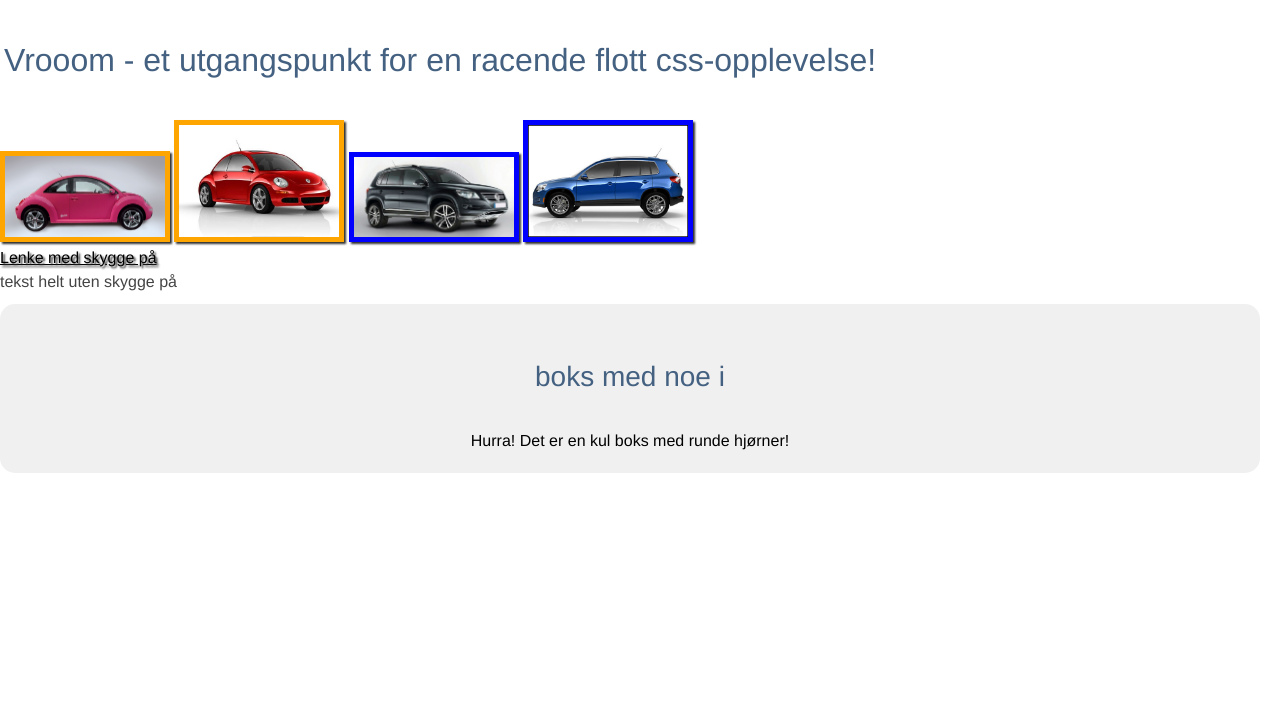
Repository: mesan/css-kurs
Page: kode/wroom/index.html
An editor plug-in stored every save of this project. The page is shown before and after the next save, followed by the edit.
The browser window is 1280 px wide. The pictures show the whole page.

Above is the page before, as saved 2013-01-21 21:34:48.

### kode/wroom/index.html
<!DOCTYPE html>
<html lang="en">
	<head>
		<meta charset="utf-8" />
		<link rel="stylesheet" type="text/css" href="styles/reset.css"/>
		<link rel="stylesheet" type="text/css" href="styles/examples.css"/>

		<!-- Always force latest IE rendering engine (even in intranet) & Chrome Frame
		Remove this if you use the .htaccess -->
		<meta http-equiv="X-UA-Compatible" content="IE=edge,chrome=1" />

		<title>Vrooom!</title>
		<meta name="description" content="" />
		<meta name="viewport" content="width=device-width; initial-scale=1.0" />

	</head>

	<body>
		<div>
			<header>
				<h1>Vrooom - et utgangspunkt for en racende flott css-opplevelse!</h1>
			</header>

			<div>
				<!--fjernes-->
				<img src="images/volkswagen-beetle-pink.jpg" />
				<img src="images/volkswagen-beetle-red.jpg" />
				<img src="images/volkswagen-tiguan-nero.jpg" />
				<img src="images/volkswagen-tiguan.jpg" />
				<br />
				<p>
					<a href="#">Lenke med skygge på</a>
				</p>
				<p>tekst helt uten skygge på</p>
			</div>

			<div class="container">
				<h2>boks med noe i</h2>
				<p>
					Hurra! Det er en kul boks med runde hjørner!
				</p>
			</div>
			<footer>
				<p>

				</p>
			</footer>
		</div>
	</body>
</html>

### kode/wroom/styles/reset.css
@charset "utf-8";
/* --------------------------------------------------------------
-----------------------------------------------------------------

	DEFINITIONS: HTML5 DOCTOR
	AUTHOR:      HTML5 DOCTOR
	VERSION:     2012-02-20

/*  RESET
-----------------------------------------------------------------------------------------------
===============================================================================================*/
/* http://meyerweb.com/eric/tools/css/reset/ */
html,body,div,span,applet,object,iframe,h1,h2,h3,h4,h5,h6,p,blockquote,pre,a,abbr,acronym,address,big,cite,code,del,dfn,em,img,ins,kbd,q,s,samp,small,strike,strong,sub,sup,tt,var,b,u,i,center,dl,dt,dd,ol,ul,li,fieldset,form,label,legend,table,caption,tbody,tfoot,thead,tr,th,td,article,aside,canvas,details,figcaption,figure,footer,header,hgroup,menu,nav,section,summary,time,mark,audio,video{
  margin:0;
  padding:0;
  border:0;
  outline:0;
  font-size:100%;
  font:inherit;
  vertical-align:baseline;
}
/* HTML5 display-role reset for older browsers */
article,aside,details,figcaption,figure,footer,header,hgroup,menu,nav,section{
  display:block;
}
nav ul{
  list-style:none;
}
table{
  border-collapse:collapse;
  border-spacing:0;
}

### kode/wroom/styles/examples.css

html{
    margin-bottom: 1px;
    min-height: 100%;
}
body {
    background: #FFFFFF;
    color: #444;
    font-family: Helvetica, Arial, sans-serif;
    font-size: 62.5%;
    font-size: 16px;
}

/****************
 * Nesting and grouping
 ****************/

/* Grouping - flere selektorer, samme stil. Litt mindre kode */
h1, h2, h3{
    color: #446181;
    line-height: 2.500em;
    margin: 0.625em 0.125em;
}

h1{ font-size: 2.000em; }
h2{ font-size: 1.750em; }
h3{ font-size: 1.500em; }


p{
    font-size: 1em;
    line-height: 1.5;
}
.container{
    background: #F0F0F0;
    padding: 1.250em;
    margin-top: 0.625em;
    margin-right: 1.250em;
    text-align: center;
    border-radius: 0.938em;
    -moz-border-radius: 0.938em;
    -webkit-border-radius: 0.938em;
}

/* Nesting - spesifisering av stil - selector inni selector */
.container p{
    color:#000000;
}

/***************
 * CSS3-selectors
 ***************/

/*Velger alle img-elementer på siden hvis src-atributt starter med "images"*/
img[src^="images"]{
	border: 5px solid orange;
}

/*Velger alle img-elementer på siden hvis src-atributt inneholder "tiguan"*/
img[src*="tiguan"]{
    border: 5px solid blue;
}

/*Velger alle img-elementer på siden hvis src-atributt slutter på ".jpg" */
img[src$=".jpg"]{
    width: 10em;

    box-shadow: 2px 2px 2px #2F2F2F;
}

/*Velger alle a-elementer på siden hvis href-atributt inneholder  "#" */
/* text-shadow med verdiene i rekkefølgen:
 ** horisontal plassering (kan også være negativ eller 0)
 ** vertikal plassering (kan også være negativ eller 0)
 ** blur (valgfri)
 ** farge */
a[href*="#"]{
    color: black;
    text-shadow: 2px 2px 2px #2F2F2F;
}

After the next save:
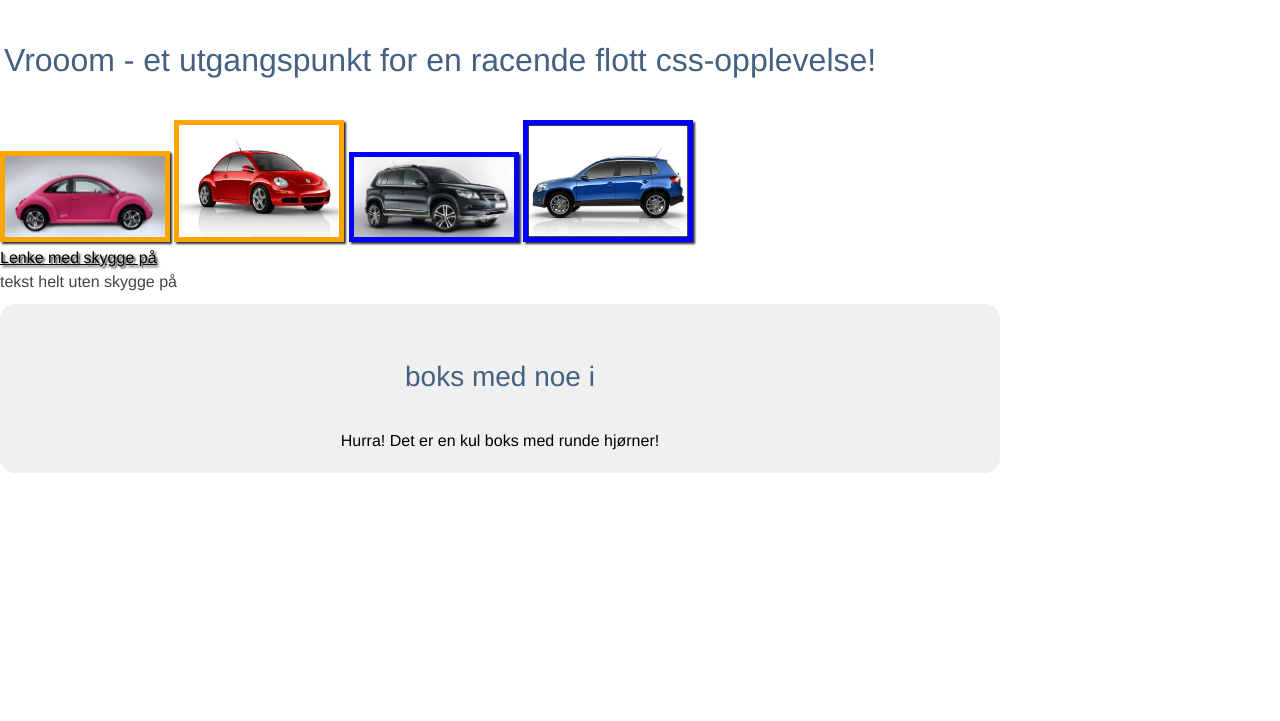
Saved 71 s later.
--- a/kode/wroom/styles/examples.css
+++ b/kode/wroom/styles/examples.css
@@ -33,10 +33,12 @@ p{
 }
 .container{
     background: #F0F0F0;
+    width: 75%;
     padding: 1.250em;
     margin-top: 0.625em;
     margin-right: 1.250em;
     text-align: center;
+
     border-radius: 0.938em;
     -moz-border-radius: 0.938em;
     -webkit-border-radius: 0.938em;
